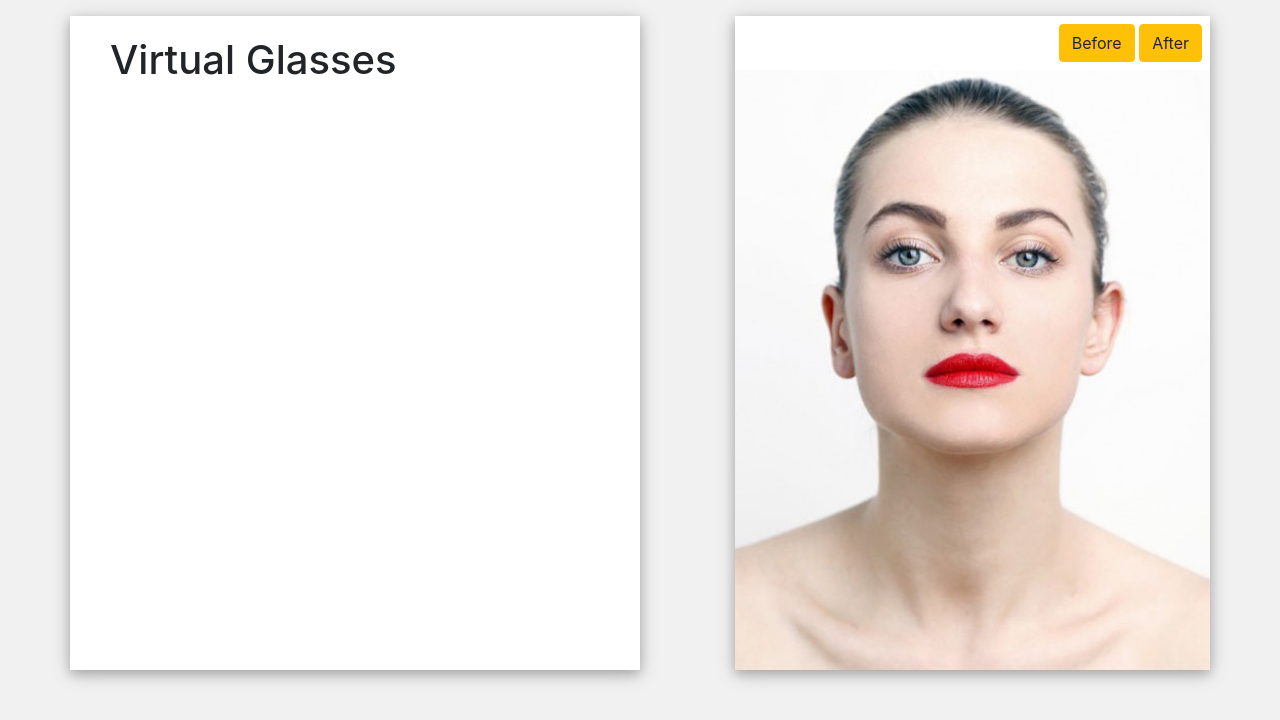
Repository: Khoi300399/BC35E_ES6_B2_MaThanhKhoi
Page: index.html
An editor plug-in stored every save of this project. The page is shown before and after the next save, followed by the edit.
The browser window is 1280 px wide. The pictures show the whole page.

Above is the page before, as saved 2022-10-21 18:07:40.

### index.html
<!DOCTYPE html>
<html lang="en">
  <head>
    <title>Virtual Glasses</title>
    <!-- Required meta tags -->
    <meta charset="utf-8" />
    <meta
      name="viewport"
      content="width=device-width, initial-scale=1, shrink-to-fit=no"
    />

    <!-- Bootstrap CSS -->
    <link
      rel="stylesheet"
      href="https://stackpath.bootstrapcdn.com/bootstrap/4.3.1/css/bootstrap.min.css"
      integrity="sha384-ggOyR0iXCbMQv3Xipma34MD+dH/1fQ784/j6cY/iJTQUOhcWr7x9JvoRxT2MZw1T"
      crossorigin="anonymous"
    />

    <!-- Main CSS -->
    <link rel="stylesheet" href="./css/index.css" />
  </head>

  <body>
    <div class="container vglasses py-3">
      <div class="row justify-content-between">
        <div class="col-6 vglasses__left">
          <div class="row">
            <div class="col-12">
              <h1 class="mb-2">Virtual Glasses</h1>
            </div>
          </div>
          <div class="row" id="vglassesList"></div>
        </div>
        <div class="col-5 vglasses__right p-0">
          <div class="vglasses__card">
            <div class="mb-2 text-right mt-2 mr-2">
              <button class="btn btn-warning" onclick="removeGlasses(false)">
                Before
              </button>
              <button class="btn btn-warning" onclick="removeGlasses(true)">
                After
              </button>
            </div>
            <div class="vglasses__model" id="avatar"></div>
            <div id="glassesInfo" class="vglasses__info"></div>
          </div>
        </div>
      </div>
    </div>

    <!-- Optional JavaScript -->
    <!-- jQuery first, then Popper.js, then Bootstrap JS -->
    <script
      src="https://code.jquery.com/jquery-3.4.1.js"
      integrity="sha256-WpOohJOqMqqyKL9FccASB9O0KwACQJpFTUBLTYOVvVU="
      crossorigin="anonymous"
    ></script>
    <!-- <script src="https://code.jquery.com/jquery-3.3.1.slim.min.js" integrity="sha384-q8i/X+965DzO0rT7abK41JStQIAqVgRVzpbzo5smXKp4YfRvH+8abtTE1Pi6jizo" crossorigin="anonymous"></script> -->
    <script
      src="https://cdnjs.cloudflare.com/ajax/libs/popper.js/1.14.7/umd/popper.min.js"
      integrity="sha384-UO2eT0CpHqdSJQ6hJty5KVphtPhzWj9WO1clHTMGa3JDZwrnQq4sF86dIHNDz0W1"
      crossorigin="anonymous"
    ></script>
    <script
      src="https://stackpath.bootstrapcdn.com/bootstrap/4.3.1/js/bootstrap.min.js"
      integrity="sha384-JjSmVgyd0p3pXB1rRibZUAYoIIy6OrQ6VrjIEaFf/nJGzIxFDsf4x0xIM+B07jRM"
      crossorigin="anonymous"
    ></script>

    <!-- MAIN JS -->
    <script type="module" src="./js/main.js"></script>
  </body>
</html>

### css/index.css
/* GLOBAL */
* {
  box-sizing: border-box;
}
body {
  background: #f1f1f1;
}

/* MAIN CSS */
.vglasses__left {
  background-color: white;
  padding: 20px 40px;
  box-shadow: 0 4px 10px 0 rgba(0, 0, 0, 0.2), 0 4px 20px 0 rgba(0, 0, 0, 0.19);
}
.vglasses__left .col-4 {
  align-self: center;
}
.vglasses__items {
  width: 50px;
  height: 50px;
}

.vglasses__left img {
  cursor: pointer;
  width: 100%;
  height: 100%;
}

.vglasses__right {
  box-shadow: 0 4px 10px 0 rgba(0, 0, 0, 0.2), 0 4px 20px 0 rgba(0, 0, 0, 0.19);
}

.vglasses__model {
  background-image: url("../img/model.jpg");
  background-position: center top;
  background-size: cover;
  height: 600px;
}

.vglasses__model img {
  position: absolute;
  top: 32%;
  left: 25%;
  width: 238px;
  height: 85px;
  opacity: 0.9;
}

.vglasses__card {
  position: relative;
  overflow: hidden;
  background-color: white;
}

.vglasses__info {
  position: absolute;
  bottom: 0;
  left: 0;
  background-color: rgba(0, 0, 0, 0.7);
  width: 100%;
  color: white;
  padding: 20px;
  display: none;
}

#glasses {
  transition: all 0.5s;
}

### js/main.js
let dataGlasses = [
  {
    id: "G1",
    src: "./img/g1.jpg",
    virtualImg: "./img/v1.png",
    brand: "Armani Exchange",
    name: "Bamboo wood",
    color: "Brown",
    price: 150,
    description:
      "Lorem ipsum dolor sit amet consectetur adipisicing elit. Nobis ea voluptates officiis? ",
  },
  {
    id: "G2",
    src: "./img/g2.jpg",
    virtualImg: "./img/v2.png",
    brand: "Arnette",
    name: "American flag",
    color: "American flag",
    price: 150,
    description:
      "Lorem ipsum dolor, sit amet consectetur adipisicing elit. In assumenda earum eaque doloremque, tempore distinctio.",
  },
  {
    id: "G3",
    src: "./img/g3.jpg",
    virtualImg: "./img/v3.png",
    brand: "Burberry",
    name: "Belt of Hippolyte",
    color: "Blue",
    price: 100,
    description: "Lorem ipsum dolor, sit amet consectetur adipisicing elit.",
  },
  {
    id: "G4",
    src: "./img/g4.jpg",
    virtualImg: "./img/v4.png",
    brand: "Coarch",
    name: "Cretan Bull",
    color: "Red",
    price: 100,
    description: "In assumenda earum eaque doloremque, tempore distinctio.",
  },
  {
    id: "G5",
    src: "./img/g5.jpg",
    virtualImg: "./img/v5.png",
    brand: "D&G",
    name: "JOYRIDE",
    color: "Gold",
    price: 180,
    description:
      "Lorem ipsum dolor, sit amet consectetur adipisicing elit. Error odio minima sit labore optio officia?",
  },
  {
    id: "G6",
    src: "./img/g6.jpg",
    virtualImg: "./img/v6.png",
    brand: "Polo",
    name: "NATTY ICE",
    color: "Blue, White",
    price: 120,
    description: "Lorem ipsum dolor, sit amet consectetur adipisicing elit.",
  },
  {
    id: "G7",
    src: "./img/g7.jpg",
    virtualImg: "./img/v7.png",
    brand: "Ralph",
    name: "TORTOISE",
    color: "Black, Yellow",
    price: 120,
    description:
      "Lorem ipsum dolor sit amet consectetur adipisicing elit. Enim sint nobis incidunt non voluptate quibusdam.",
  },
  {
    id: "G8",
    src: "./img/g8.jpg",
    virtualImg: "./img/v8.png",
    brand: "Polo",
    name: "NATTY ICE",
    color: "Red, Black",
    price: 120,
    description:
      "Lorem ipsum dolor sit amet consectetur adipisicing elit. Reprehenderit, unde enim.",
  },
  {
    id: "G9",
    src: "./img/g9.jpg",
    virtualImg: "./img/v9.png",
    brand: "Coarch",
    name: "MIDNIGHT VIXEN REMIX",
    color: "Blue, Black",
    price: 120,
    description:
      "Lorem ipsum dolor sit amet consectetur adipisicing elit. Sit consequatur soluta ad aut laborum amet.",
  },
];

let renderGlassesUI = () => {
  let contentHTMl = ``;
  for (let value of dataGlasses) {
    contentHTMl += `
    <div class="col-4 .vglasses__items">
        <img src="${value.src}" alt="" />
    </div>
    `;
  }
  document.querySelector("#vglassesList").innerHTMl = contentHTMl;
};
renderGlassesUI();

After the next save:
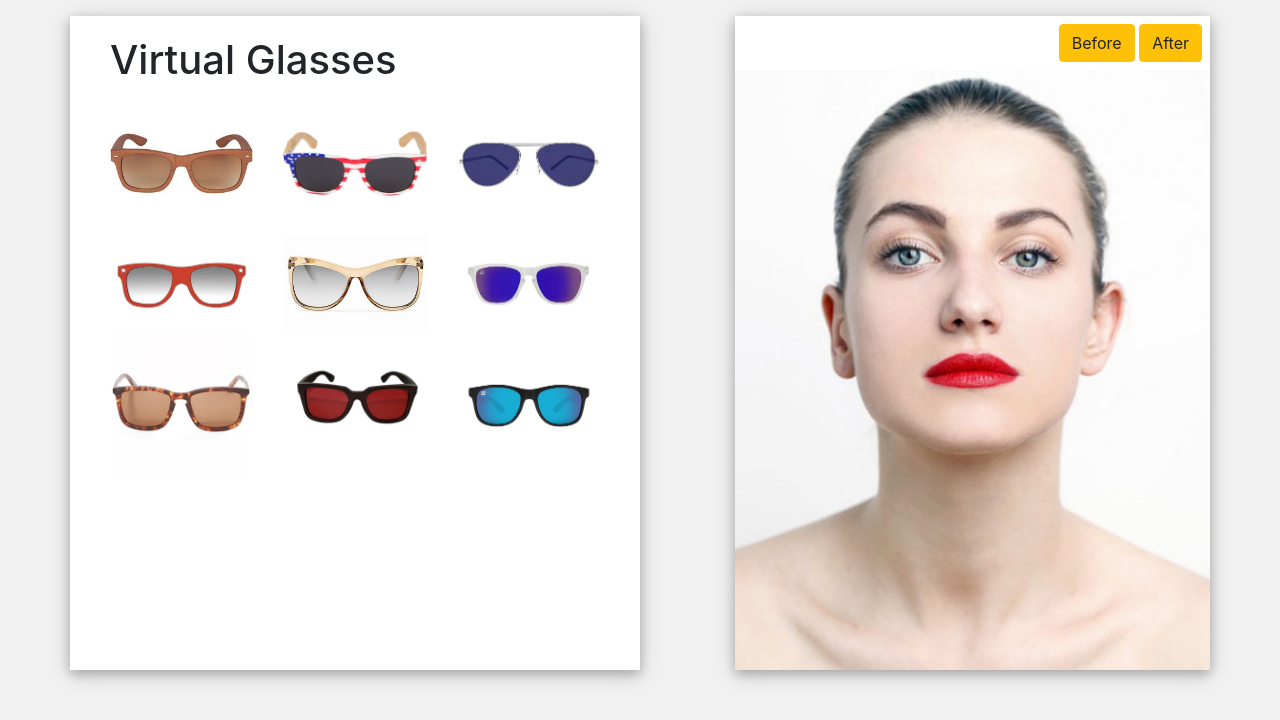
Saved 13 s later.
--- a/js/main.js
+++ b/js/main.js
@@ -106,6 +106,6 @@ let renderGlassesUI = () => {
     </div>
     `;
   }
-  document.querySelector("#vglassesList").innerHTMl = contentHTMl;
+  document.querySelector("#vglassesList").innerHTML = contentHTMl;
 };
 renderGlassesUI();
